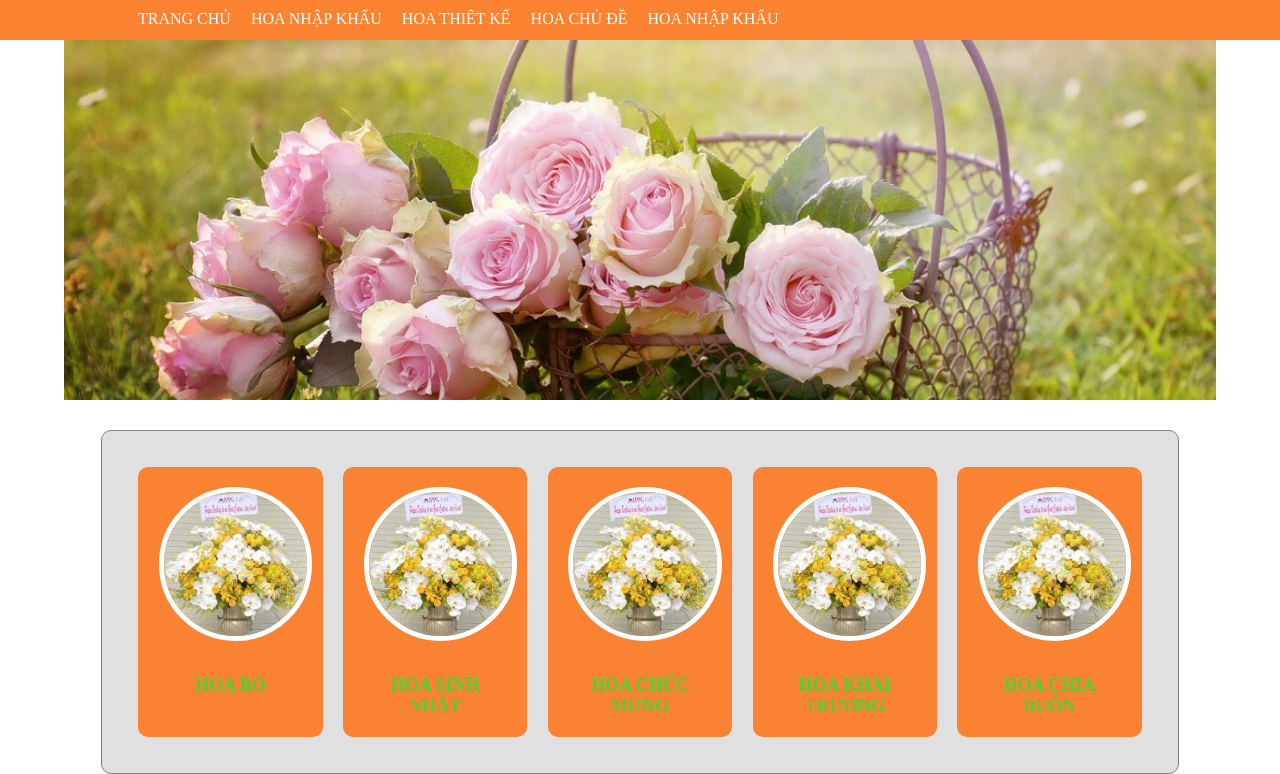
Repository: hoang71299/fe_26
Page: buoi5/buoi7/1.html
The author's editor kept a copy of each file at every save. The page is drawn from the files as they stood at one save, then again after the next save.
The browser window is 1280 px wide. The pictures show the whole page.

Above is the page before, as saved 2022-08-28 19:53:55.

### buoi5/buoi7/1.html
<!DOCTYPE html>
<html lang="en">
<head>
    <meta charset="UTF-8">
    <meta http-equiv="X-UA-Compatible" content="IE=edge">
    <meta name="viewport" content="width=device-width, initial-scale=1.0">
    <title>Luyen tap 2</title>
    <link rel="stylesheet" href="./1.css">
</head>
<body>
    <div class="menu">
        <div class="phantu">
            <a href="" class="tren">
                trang chủ
            </a>
        </div>
        <div class="phantu">
            <a href="" class="tren">
                hoa nhập khẩu
            </a>
            <div class="item">
                <a href="">hộp hoa</a>
                <a href="">bó hoa</a>
            </div>
        </div>
        <div class="phantu">
            <a href="" class="tren">
                hoa thiêt kế
            </a>
            <div class="item">
                <a href="">hoa bó</a>
                <a href="">hoa bình</a>
                <a href="">hoa để bàn</a>
            </div>
        </div>
        <div class="phantu">
            <a href="" class="tren">
                hoa chủ đề
            </a>
            <div class="item">
                <a href="">hoa tình yêu</a>
                <a href="">hoa sinh nhật</a>
                <a href="">hoa chúc mừng</a>
                <a href="">hoa khai trương</a>
                <a href="">hoa chia buồn</a>
            </div>
        </div>
        <div class="phantu">
            <a href="" class="tren">
                hoa nhập khẩu
            </a>
            <div class="item">
                <a href="">hộp hoa</a>
                <a href="">bó hoa</a>
            </div>
        </div>
    </div>
    <!-- end menu -->
    <!-- banner -->
    <div class="banner">

    </div>
    <div class="loaihoa">
       <a href="" class="chude">
            <img src="./image/6.jpg" alt="" class="hinh">
            <div class="tieude">hoa bo</div>
       </a>
        <a href="" class="chude">
            <img src="./image/6.jpg" alt="" class="hinh">
            <div class="tieude">hoa sinh nhật</div>
        </a>
        <a href="" class="chude">
            <img src="./image/6.jpg" alt="" class="hinh">
            <div class="tieude">hoa chúc mừng</div>
        </a>
        <a href="" class="chude">
            <img src="./image/6.jpg" alt="" class="hinh">
            <div class="tieude">hoa khai trương</div>
        </a>
        <a href="" class="chude">
            <img src="./image/6.jpg" alt="" class="hinh">
            <div class="tieude">hoa chia buồn</div>
        </a>
    </div>
    <!-- end banner -->
</body>
</html>

### buoi5/buoi7/1.css
*{
    margin: 0;
    padding: 0;
}
html,body{
    width: 100%;
    height: 100%;
}
.menu{
    width: 90%;
    height: 40px;
    background-color: #fa8231;
    padding-left: 10%;
    display:flex;
}
.menu .phantu{
    /* border:1px solid red; */
    position: relative;
}
.phantu .tren{
    text-decoration: none;
    color: white;
    text-transform: uppercase;
    display: inline-block;
    padding: 10px;
}
.phantu .item{
    /* width: 200px; */
    position: absolute;
    top: 40px;
    visibility: hidden;
    background-color: white;
}
.phantu .item a{
    display: block;
    text-decoration: none;
    color: black;
    text-transform: uppercase;
    padding: 3px;
    width: 200px;
    font-size: 16px;
    border: 1px solid rgb(212, 208, 208);
}
.phantu .item a:hover {
    font-weight: bold;
    border-left: 3px solid #fa8231;
    transition: 0.3s ease-in;
}
.phantu:hover .item{
    visibility: visible;
}
.banner{
    width: 90%;
    height: 50%;
    background-repeat:no-repeat ;
    background-size: cover;
    margin: auto;
    animation: bg 10s infinite;
}
@keyframes bg {
    0%{ background-image: url("./image/1.jpg");}
    25%{ background-image: url("./image/2.jpg");}
    50%{ background-image: url("./image/3.jpg");}
    70%{ background-image: url("./image/4.jpg");}
    100%{ background-image: url("./image/5.jpg");}
}
.loaihoa{
    width: 80%;
    height:auto;
    border: 1px solid gray;
    display: flex;
    margin: auto;
    margin-top: 30px;
    border-radius: 10px;
    background-color: rgb(224, 224, 224);
    padding: 2%;
}
.chude{
    width: 19%;
    height: auto;
    text-align: center;
    background-color: #fa8233;
    margin: 1%;
    padding: 2%;
    border-radius: 10px;
    text-decoration: none;
}
.hinh{
    width: 100%;
    border-radius: 50%;
    border: 5px solid white;
}
.chude .tieude{
    color: #4cd137;
    text-transform: uppercase;
    font-size: 18px;
    font-weight: bold;
    margin-top: 30px;
}

After the next save:
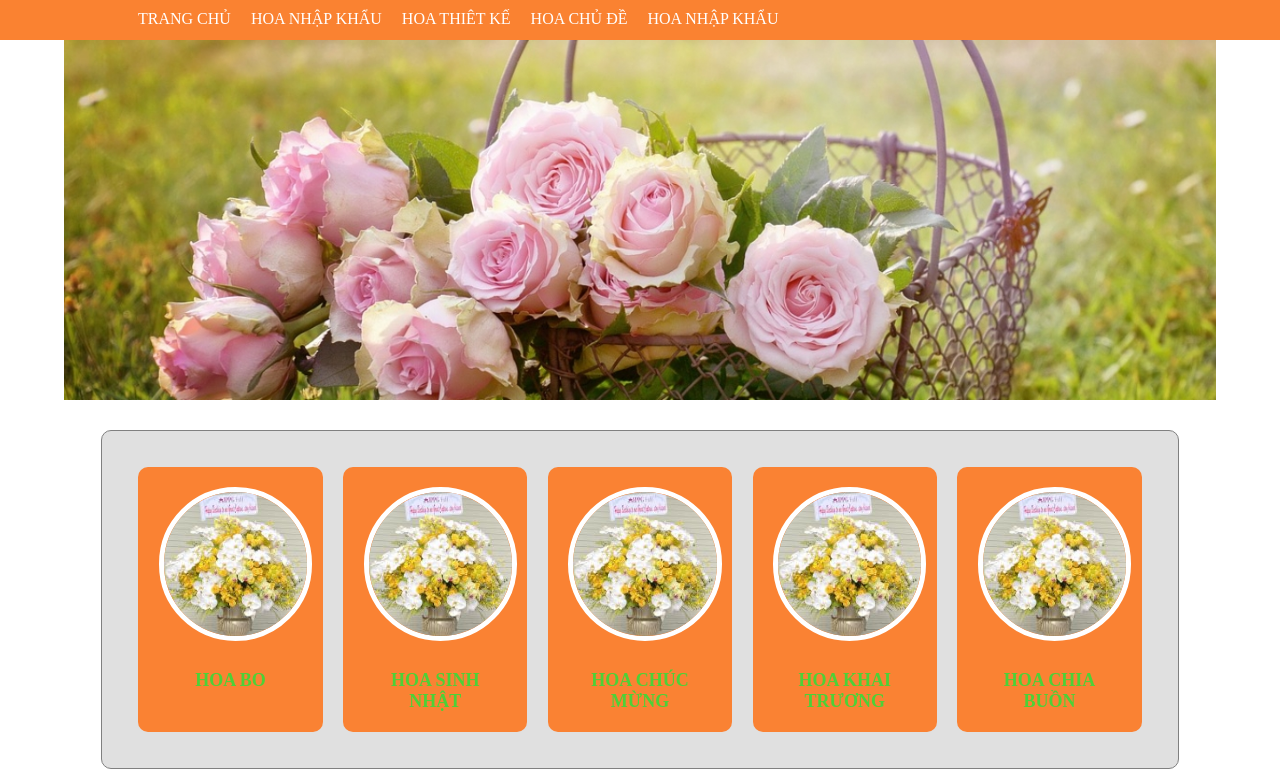
Saved 6 s later.
--- a/buoi5/buoi7/1.css
+++ b/buoi5/buoi7/1.css
@@ -95,5 +95,5 @@ html,body{
     text-transform: uppercase;
     font-size: 18px;
     font-weight: bold;
-    margin-top: 30px;
+    margin-top: 25px;
 }
